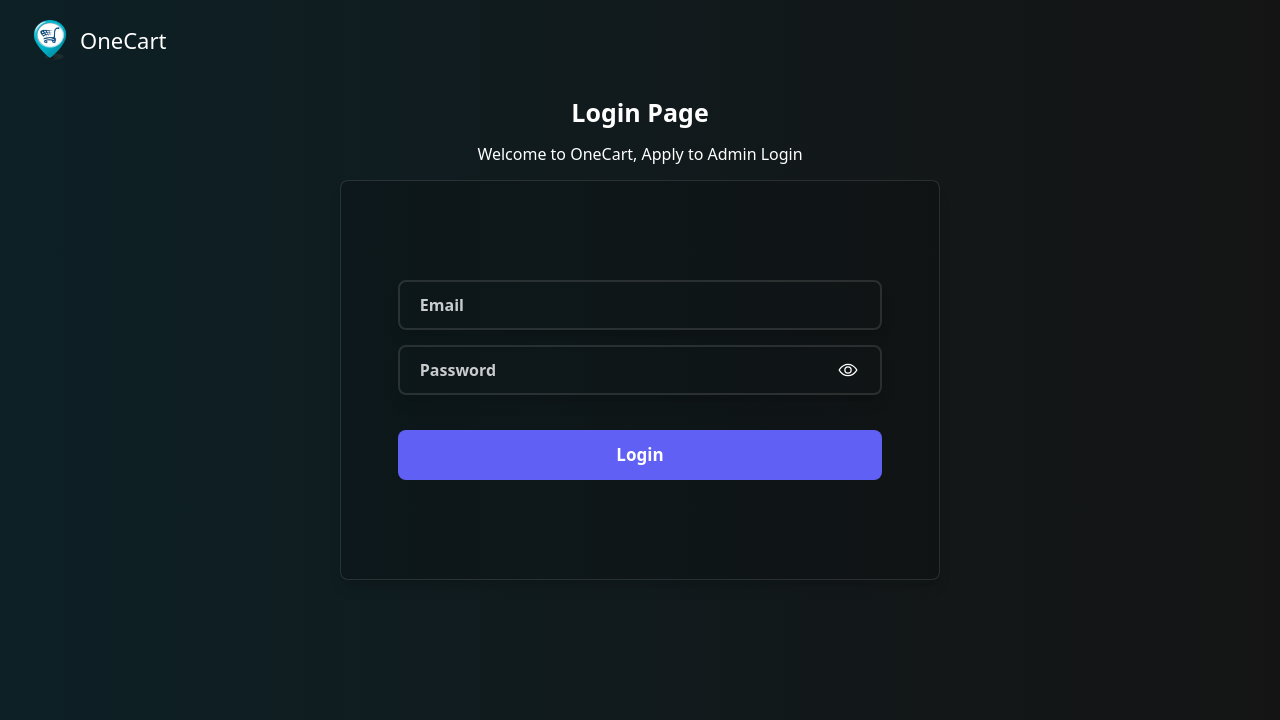
Repository: Sachin7225/shopFusion
Page: / (app in admin/)
An editor plug-in stored every save of this project. The page is shown before and after the next save, followed by the edit.
The browser window is 1280 px wide. The pictures show the whole page.
The page's requests for data from a server got no answer. The project was rebuilt for these pictures with package versions that can differ from the ones it lists, and the page was loaded fresh each time. No one was signed in, and anything a server would have sent is missing. Also part of the build but not shown: admin/vite.config.js, admin/src/component/Nav.jsx, admin/src/component/Sidebar.jsx, admin/src/pages/Home.jsx, admin/src/component/Loading.jsx, admin/src/pages/Add.jsx, admin/src/pages/Lists.jsx, admin/src/pages/Orders.jsx.

Above is the page before, as saved 2025-09-07 17:17:17.

### admin/index.html
<!doctype html>
<html lang="en">
  <head>
    <meta charset="UTF-8" />
    <link rel="icon" type="image/svg+xml" href="./logo.png" />
    <meta name="viewport" content="width=device-width, initial-scale=1.0" />
    <title>OneCart-AdminPanel</title>
  </head>
  <body>
    <div id="root"></div>
    <script type="module" src="/src/main.jsx"></script>
  </body>
</html>

### admin/src/App.jsx
import React, { useContext } from 'react'
import { Route, Routes } from 'react-router-dom'
import Home from './pages/Home'
import Add from './pages/Add'
import Lists from './pages/Lists'
import Orders from './pages/Orders'
import Login from './pages/Login'
import { adminDataContext } from './context/AdminContext'
  import { ToastContainer, toast } from 'react-toastify';

function App() {
  let {adminData} = useContext(adminDataContext)
  return (

    <>
      <ToastContainer />
    {!adminData ? <Login/> : <>

      <Routes>
        <Route path='/' element={<Home/>}/>
        <Route path='/add' element={<Add/>}/>
        <Route path='/lists' element={<Lists/>}/>
        <Route path='/orders' element={<Orders/>}/>
        <Route path='/login' element={<Login/>}/>
      </Routes>
      </>
      }
    </>
  )
}

export default App

### admin/src/context/AuthContext.jsx
import React, { createContext } from 'react'

export const authDataContext = createContext()
function AuthContext({children}) {
    let serverUrl = "http://localhost:8000"

    let value = {
      serverUrl
    }
  return (
    <div>
        <authDataContext.Provider value={value}>
            {children}
        </authDataContext.Provider>

    </div>
  )
}

export default AuthContext

### admin/src/context/AdminContext.jsx
import React, { createContext, useContext, useEffect, useState } from 'react'
import { authDataContext } from './AuthContext'
import axios from 'axios'

export const adminDataContext = createContext()
function AdminContext({children}) {
    let [adminData,setAdminData] = useState(null)
    let {serverUrl} = useContext(authDataContext)


    const getAdmin = async () => {
      try {
           let result = await axios.get(serverUrl + "/api/user/getadmin",{withCredentials:true})

      setAdminData(result.data)
      console.log(result.data)
      } catch (error) {
        setAdminData(null)
        console.log(error)
      }
    }

    useEffect(()=>{
     getAdmin()
    },[])


    let value = {
adminData,setAdminData,getAdmin
    }
  return (
    <div>
<adminDataContext.Provider value={value}>
    {children}
</adminDataContext.Provider>

    </div>
  )
}

export default AdminContext

### admin/src/pages/Login.jsx
import React, { useContext, useState } from 'react'
import logo from '../assets/logo.png'
import { IoEyeOutline } from "react-icons/io5";
import { IoEye } from "react-icons/io5";
import axios from 'axios'
import { authDataContext } from '../context/AuthContext';
import { adminDataContext } from '../context/AdminContext';
import { useNavigate } from 'react-router-dom';
import { toast } from 'react-toastify';

function Login() {
  let [show,setShow] = useState(false)
          let [email,setEmail] = useState("")
          let [password,setPassword] = useState("")
          let {serverUrl} = useContext(authDataContext)
          let {adminData , getAdmin} = useContext(adminDataContext)
          let navigate = useNavigate()
          const [loading,setLoading] = useState(false)

          const AdminLogin = async (e) => {
            setLoading(true)
            e.preventDefault()
            try {
              const result = await axios.post(serverUrl + '/api/auth/adminlogin',{email , password} , {withCredentials:true})
              console.log(result.data)
              toast.success("AdminLogin Successfully")
              getAdmin()
              navigate("/")
              setLoading(false)
            } catch (error) {
              console.log(error)
              toast.error("AdminLogin Failed")
              setLoading(false)
            }

          }
  return (
    <div className='w-[100vw] h-[100vh] bg-gradient-to-l from-[#141414] to-[#0c2025] text-[white] flex flex-col items-center justify-start'>
       <div className='w-[100%] h-[80px] flex items-center justify-start px-[30px] gap-[10px] cursor-pointer' >
       <img className='w-[40px]' src={logo} alt="" />
       <h1 className='text-[22px] font-sans '>OneCart</h1>
       </div>

       <div className='w-[100%] h-[100px] flex items-center justify-center flex-col gap-[10px]'>
           <span className='text-[25px] font-semibold'>Login Page</span>
           <span className='text-[16px]'>Welcome to OneCart, Apply to Admin Login</span>

       </div>
       <div className='max-w-[600px] w-[90%] h-[400px] bg-[#00000025] border-[1px] border-[#96969635] backdrop:blur-2xl rounded-lg shadow-lg flex items-center justify-center '>
           <form action="" onSubmit={AdminLogin} className='w-[90%] h-[90%] flex flex-col items-center justify-start gap-[20px]'>


               <div className='w-[90%] h-[400px] flex flex-col items-center justify-center gap-[15px]  relative'>

                    <input type="text" className='w-[100%] h-[50px] border-[2px] border-[#96969635] backdrop:blur-sm rounded-lg shadow-lg bg-transparent placeholder-[#ffffffc7] px-[20px] font-semibold' placeholder='Email' required  onChange={(e)=>setEmail(e.target.value)} value={email}/>
                     <input type={show?"text":"password"} className='w-[100%] h-[50px] border-[2px] border-[#96969635] backdrop:blur-sm rounded-lg shadow-lg bg-transparent placeholder-[#ffffffc7] px-[20px] font-semibold' placeholder='Password' required onChange={(e)=>setPassword(e.target.value)} value={password}/>
                     {!show && <IoEyeOutline className='w-[20px] h-[20px] cursor-pointer absolute right-[5%] bottom-[50%]' onClick={()=>setShow(prev => !prev)}/>}
                     {show && <IoEye className='w-[20px] h-[20px] cursor-pointer absolute right-[5%] bottom-[50%]' onClick={()=>setShow(prev => !prev)}/>}
                     <button className='w-[100%] h-[50px] bg-[#6060f5] rounded-lg flex items-center justify-center mt-[20px] text-[17px] font-semibold'>Login</button>

               </div>
           </form>
       </div>
       </div>
  )
}

export default Login

Loaded but not shown: admin/src/main.jsx (common file); admin/src/index.css (common file)

After the next save:
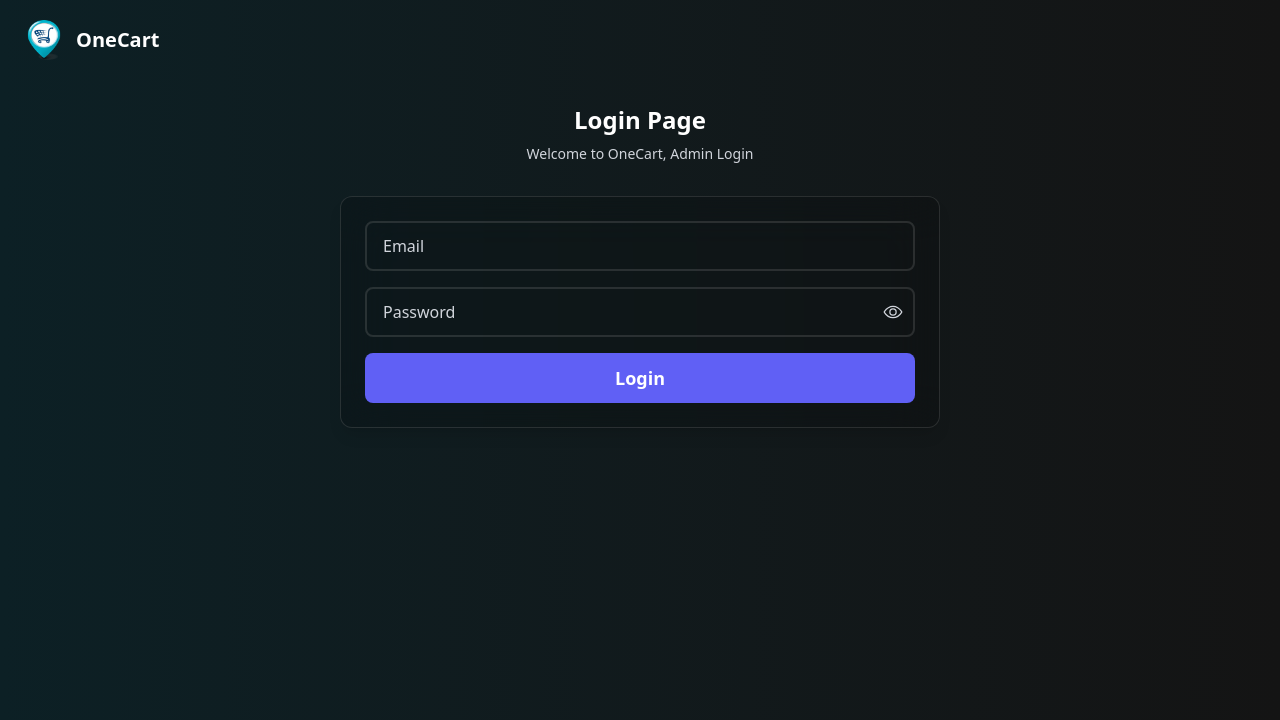
Saved 31 s later.
--- a/admin/src/pages/Login.jsx
+++ b/admin/src/pages/Login.jsx
@@ -1,67 +1,100 @@
 import React, { useContext, useState } from 'react'
 import logo from '../assets/logo.png'
-import { IoEyeOutline } from "react-icons/io5";
-import { IoEye } from "react-icons/io5";
+import { IoEyeOutline, IoEye } from "react-icons/io5"
 import axios from 'axios'
-import { authDataContext } from '../context/AuthContext';
-import { adminDataContext } from '../context/AdminContext';
-import { useNavigate } from 'react-router-dom';
-import { toast } from 'react-toastify';
+import { authDataContext } from '../context/AuthContext'
+import { adminDataContext } from '../context/AdminContext'
+import { useNavigate } from 'react-router-dom'
+import { toast } from 'react-toastify'
 
 function Login() {
-  let [show,setShow] = useState(false)
-          let [email,setEmail] = useState("")
-          let [password,setPassword] = useState("")
-          let {serverUrl} = useContext(authDataContext)
-          let {adminData , getAdmin} = useContext(adminDataContext)
-          let navigate = useNavigate()
-          const [loading,setLoading] = useState(false)
+  const [show, setShow] = useState(false)
+  const [email, setEmail] = useState("")
+  const [password, setPassword] = useState("")
+  const { serverUrl } = useContext(authDataContext)
+  const { getAdmin } = useContext(adminDataContext)
+  const navigate = useNavigate()
+  const [loading, setLoading] = useState(false)
 
-          const AdminLogin = async (e) => {
-            setLoading(true)
-            e.preventDefault()
-            try {
-              const result = await axios.post(serverUrl + '/api/auth/adminlogin',{email , password} , {withCredentials:true})
-              console.log(result.data)
-              toast.success("AdminLogin Successfully")
-              getAdmin()
-              navigate("/")
-              setLoading(false)
-            } catch (error) {
-              console.log(error)
-              toast.error("AdminLogin Failed")
-              setLoading(false)
-            }
+  const AdminLogin = async (e) => {
+    e.preventDefault()
+    setLoading(true)
+    try {
+      const result = await axios.post(
+        `${serverUrl}/api/auth/adminlogin`,
+        { email, password },
+        { withCredentials: true }
+      )
+      console.log(result.data)
+      toast.success("Admin Login Successful")
+      getAdmin()
+      navigate("/")
+    } catch (error) {
+      console.log(error)
+      toast.error("Admin Login Failed")
+    } finally {
+      setLoading(false)
+    }
+  }
 
-          }
   return (
-    <div className='w-[100vw] h-[100vh] bg-gradient-to-l from-[#141414] to-[#0c2025] text-[white] flex flex-col items-center justify-start'>
-       <div className='w-[100%] h-[80px] flex items-center justify-start px-[30px] gap-[10px] cursor-pointer' >
-       <img className='w-[40px]' src={logo} alt="" />
-       <h1 className='text-[22px] font-sans '>OneCart</h1>
-       </div>
+    <div className="w-[100vw] h-[100vh] bg-gradient-to-l from-[#141414] to-[#0c2025] text-white flex flex-col items-center">
+      {/* Header */}
+      <div className="w-full h-[80px] flex items-center px-6 gap-3">
+        <img className="w-[40px]" src={logo} alt="OneCart Logo" />
+        <h1 className="text-xl font-semibold">OneCart</h1>
+      </div>
 
-       <div className='w-[100%] h-[100px] flex items-center justify-center flex-col gap-[10px]'>
-           <span className='text-[25px] font-semibold'>Login Page</span>
-           <span className='text-[16px]'>Welcome to OneCart, Apply to Admin Login</span>
+      {/* Welcome text */}
+      <div className="text-center mt-6 flex flex-col gap-2">
+        <h2 className="text-2xl font-semibold">Login Page</h2>
+        <p className="text-gray-300 text-sm">Welcome to OneCart, Admin Login</p>
+      </div>
 
-       </div>
-       <div className='max-w-[600px] w-[90%] h-[400px] bg-[#00000025] border-[1px] border-[#96969635] backdrop:blur-2xl rounded-lg shadow-lg flex items-center justify-center '>
-           <form action="" onSubmit={AdminLogin} className='w-[90%] h-[90%] flex flex-col items-center justify-start gap-[20px]'>
+      {/* Form */}
+      <div className="max-w-[600px] w-[90%] mt-8 p-6 bg-[#00000025] border border-[#96969635] rounded-xl shadow-lg backdrop-blur-xl">
+        <form onSubmit={AdminLogin} className="flex flex-col gap-4">
+          <input
+            type="email"
+            placeholder="Email"
+            required
+            value={email}
+            onChange={(e) => setEmail(e.target.value)}
+            className="w-full h-[50px] border-2 border-[#96969635] rounded-lg bg-transparent px-4 font-medium placeholder-gray-300 focus:outline-none focus:border-[#6060f5]"
+          />
 
+          <div className="relative w-full">
+            <input
+              type={show ? "text" : "password"}
+              placeholder="Password"
+              required
+              value={password}
+              onChange={(e) => setPassword(e.target.value)}
+              className="w-full h-[50px] border-2 border-[#96969635] rounded-lg bg-transparent px-4 font-medium placeholder-gray-300 focus:outline-none focus:border-[#6060f5]"
+            />
+            {show ? (
+              <IoEye
+                className="absolute right-3 top-1/2 -translate-y-1/2 w-5 h-5 cursor-pointer text-gray-300"
+                onClick={() => setShow(false)}
+              />
+            ) : (
+              <IoEyeOutline
+                className="absolute right-3 top-1/2 -translate-y-1/2 w-5 h-5 cursor-pointer text-gray-300"
+                onClick={() => setShow(true)}
+              />
+            )}
+          </div>
 
-               <div className='w-[90%] h-[400px] flex flex-col items-center justify-center gap-[15px]  relative'>
-
-                    <input type="text" className='w-[100%] h-[50px] border-[2px] border-[#96969635] backdrop:blur-sm rounded-lg shadow-lg bg-transparent placeholder-[#ffffffc7] px-[20px] font-semibold' placeholder='Email' required  onChange={(e)=>setEmail(e.target.value)} value={email}/>
-                     <input type={show?"text":"password"} className='w-[100%] h-[50px] border-[2px] border-[#96969635] backdrop:blur-sm rounded-lg shadow-lg bg-transparent placeholder-[#ffffffc7] px-[20px] font-semibold' placeholder='Password' required onChange={(e)=>setPassword(e.target.value)} value={password}/>
-                     {!show && <IoEyeOutline className='w-[20px] h-[20px] cursor-pointer absolute right-[5%] bottom-[50%]' onClick={()=>setShow(prev => !prev)}/>}
-                     {show && <IoEye className='w-[20px] h-[20px] cursor-pointer absolute right-[5%] bottom-[50%]' onClick={()=>setShow(prev => !prev)}/>}
-                     <button className='w-[100%] h-[50px] bg-[#6060f5] rounded-lg flex items-center justify-center mt-[20px] text-[17px] font-semibold'>Login</button>
-
-               </div>
-           </form>
-       </div>
-       </div>
+          <button
+            type="submit"
+            disabled={loading}
+            className="w-full h-[50px] bg-[#6060f5] hover:bg-[#4b4be0] transition rounded-lg flex items-center justify-center text-lg font-semibold"
+          >
+            {loading ? "Logging in..." : "Login"}
+          </button>
+        </form>
+      </div>
+    </div>
   )
 }
 
